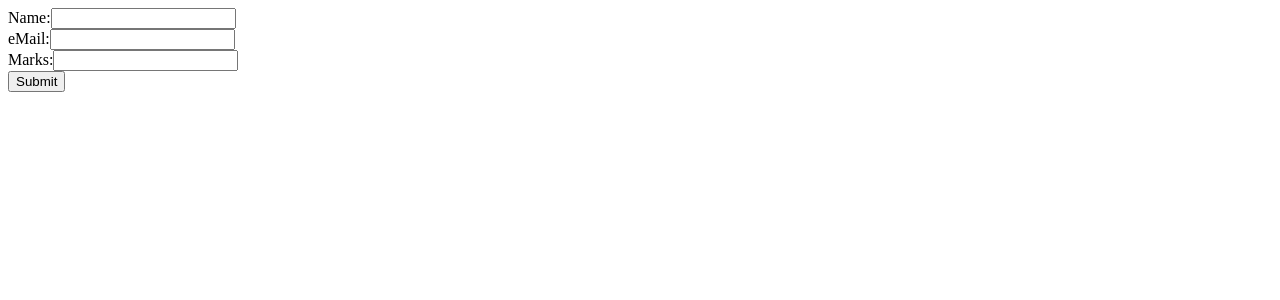
Repository: AkshayDarekar29/HibernatePractise
Page: http://localhost/PrimaryKeyGenerator_CustomGenerator/
These files come from the project's save history. The page is drawn as it stood at one moment and after the next save; the edit follows.
The browser window is 1280 px wide. The pictures show the whole page.
The page is served by Tomcat 9. Other server files are loaded and not shown.

Above is the page before, as saved 2019-06-09 06:38:49.

### PrimaryKeyGenerator_CustomGenerator/WebContent/index.jsp
<%@ page language="java" contentType="text/html; charset=ISO-8859-1"
    pageEncoding="ISO-8859-1"%>
<!DOCTYPE html PUBLIC "-//W3C//DTD HTML 4.01 Transitional//EN" "http://www.w3.org/TR/html4/loose.dtd">
<html>
<head>
<meta http-equiv="Content-Type" content="text/html; charset=ISO-8859-1">
<title>Insert title here</title>
</head>
<body>
	<form action="submit">
		Name:<input name="name"/><br>
		eMail:<input name="email"/><br>
		Marks:<input name="marks"/><br>
		<button>Submit</button>
	</form>
</body>
</html>

After the next save:
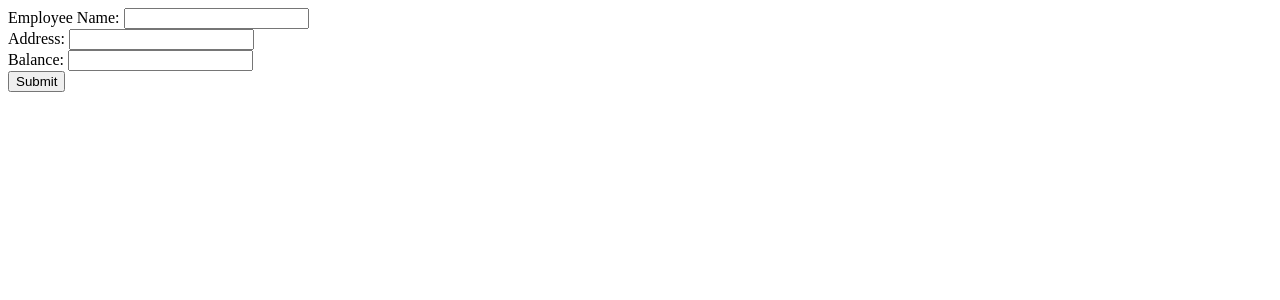
Saved 113 s later.
--- a/PrimaryKeyGenerator_CustomGenerator/WebContent/index.jsp
+++ b/PrimaryKeyGenerator_CustomGenerator/WebContent/index.jsp
@@ -8,9 +8,9 @@
 </head>
 <body>
 	<form action="submit">
-		Name:<input name="name"/><br>
-		eMail:<input name="email"/><br>
-		Marks:<input name="marks"/><br>
+		Employee Name:      <input name="name"/><br>
+		Address:			<input name="email"/><br>
+		Balance:            <input name="marks"/><br>
 		<button>Submit</button>
 	</form>
 </body>
